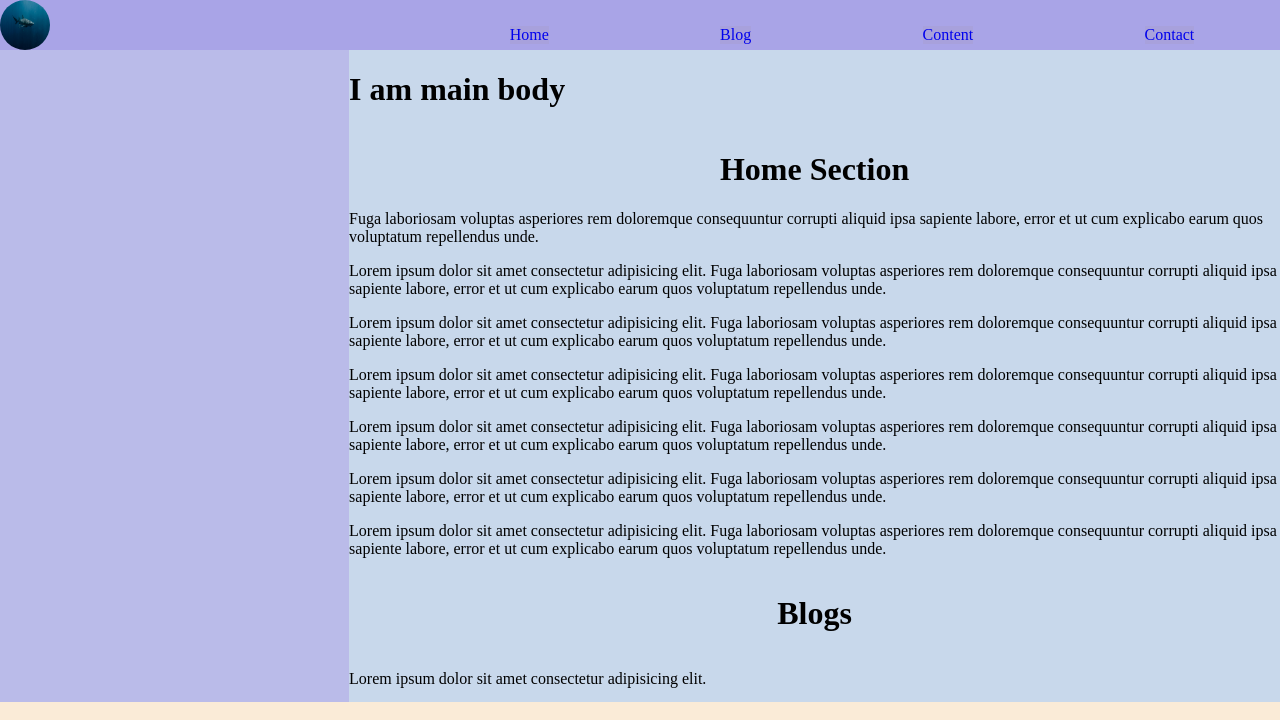
Repository: purnimapatel/fish-world
Page: index.html
An editor plug-in stored every save of this project. The page is shown before and after the next save, followed by the edit.
The browser window is 1280 px wide. The pictures show the whole page.
An inner scrolling area shows only its first screen.

Above is the page before, as saved 2024-08-25 15:13:09.

After the next save:
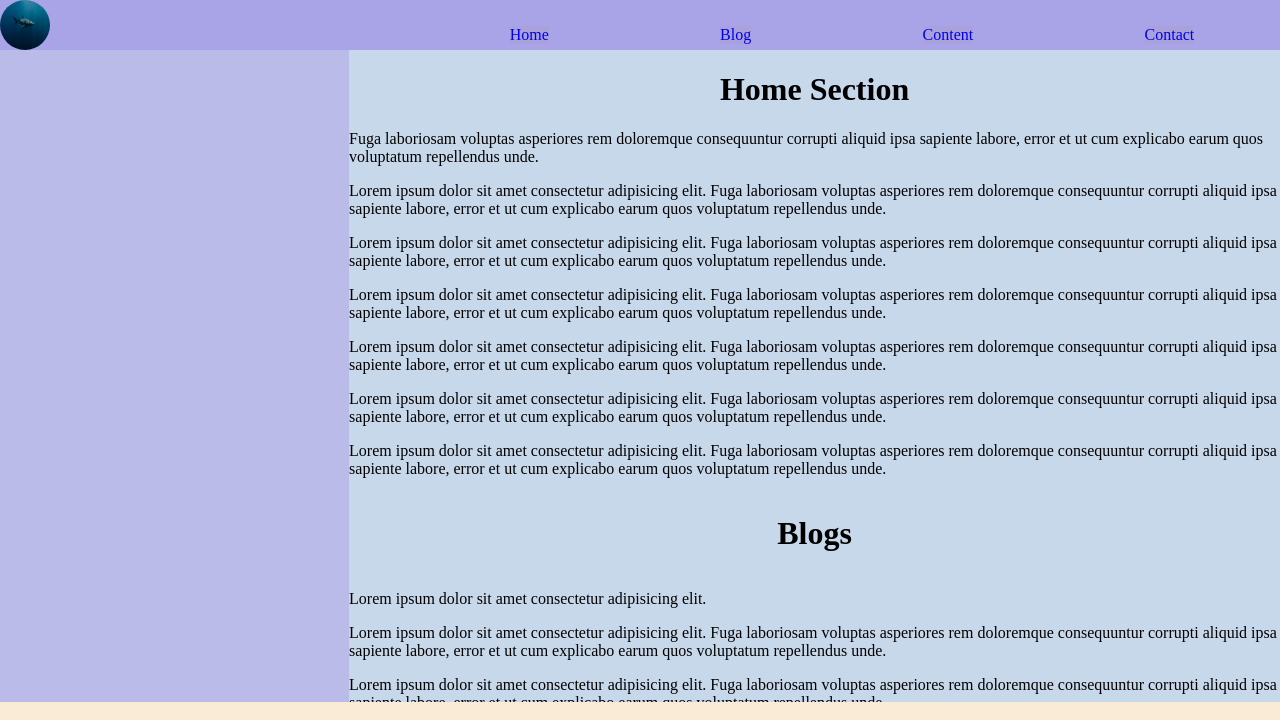
Saved 5 min 9 s later.
--- a/index.html
+++ b/index.html
@@ -29,8 +29,6 @@
         <div class ="leftPanel">
         </div>
         <div class = "mainBody">
-            <h1>I am main body</h1>
-
             <div id="home">
                 <div id = "header">
                     <h1> Home Section</h1>
